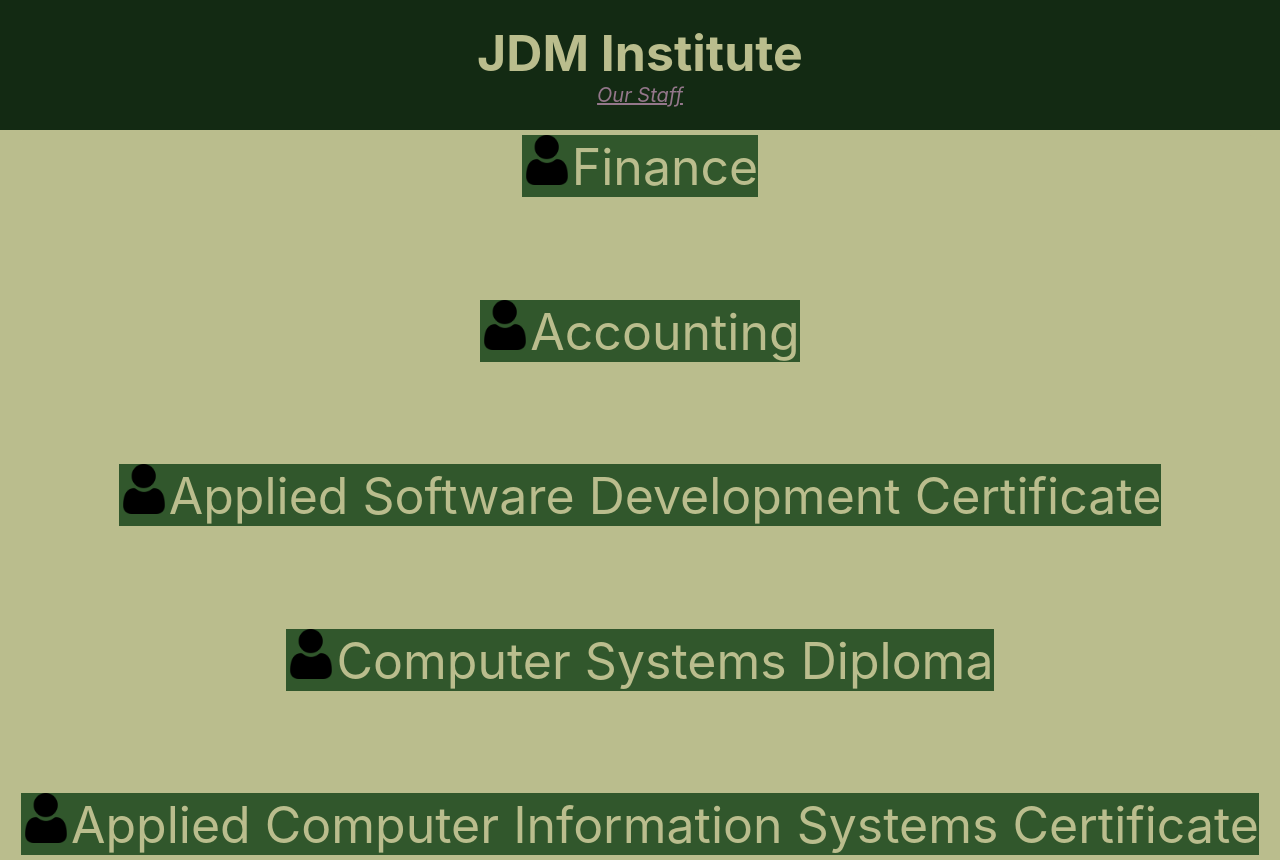
Repository: jennydmcm/class03practice
Page: /about
An editor plug-in stored every save of this project. The page is shown before and after the next save, followed by the edit.
The browser window is 1280 px wide. The pictures show the whole page.
The project was rebuilt for these pictures with package versions that can differ from the ones it lists, and the page was loaded fresh each time. The framework's server and built-in components were replaced by stand-ins that run in the browser. Also part of the build but not shown: next.config.js.

Above is the page before, as saved 2023-01-24 20:56:24.

### pages/about.js
import Head from 'next/head'
import Image from 'next/image'
import { Inter } from '@next/font/google'
import data from '../data/employee.json'
import Link from 'next/link'
import { useState } from 'react'
import Card from '@/components/Card/about'
import styles from '@/styles/About.module.css'

export default function About() {
    const [information, setInformation] = useState([...data])

    return (
        <>
            <Head>
                <title>About Us</title>
                <meta name="description" content="Generated by create next app"/>
                <meta name="viewport" content="width=device-width, initial-scale=1"/>
                <link rel="icon" href="/favicon.ico"/>
            </Head>
            <main className={styles.main}>
        <div className={styles.navbar}>
          <div className={styles.navtitle}>JDM Institute</div>
          <div className={styles.navbutton}>
            <Link className={styles.link} href="about">Our Staff</Link>
          </div>
        </div>

      <div className={styles.cards}>
        {
          information && information.map((info, index) => {
            if(info.department.toLowerCase() === "business"){
              return (
                <Card
                  key={index}
                  degree={info.degree}
                  gpa={info.gpa}
                  colourCard="#BABD8D"
                  colourInfo="#31572C"
                  font="50px"
                  fontColour="#132A13"
                />
              )
            }
          })
        }

        {
          information && information.map((info, index) => {
            if(info.department.toLowerCase() === "computing"){
              return (
                <Card
                  key={index}
                  degree={info.degree}
                  gpa={info.gpa}
                  colourCard="#BABD8D"
                  colourInfo="#31572C"
                  font="50px"
                  fontColour="#132A13"

                />
              )
            }
          })
        }
        </div>
      </main>
    </>
  )
      }

### data/employee.json
[
    {
        "studentNumber": "A0004567",
        "firstName": "Person 1",
        "gpa": 3.8,
        "department": "Business",
        "degree": "Finance",
        "graduated": 2014
    },
    {
        "studentNumber": "A0001234",
        "firstName": "Person 2",
        "gpa": 3.5,
        "department": "Business",
        "degree": "Accounting",
        "graduated": 2010
    },
    {
        "studentNumber": "A0007890",
        "firstName": "Person 3",
        "gpa": 3.2,
        "department": "Computing",
        "degree": "Applied Software Development Certificate",
        "graduated": 2018
    },
    {
        "studentNumber": "A0007828",
        "firstName": "Person 4",
        "gpa": 3.9,
        "department": "Computing",
        "degree": "Computer Systems Diploma",
        "graduted": 2021
    },
    {
        "studentNumber": "A0003425",
        "firstName": "Person 5",
        "gpa": 3.2,
        "department": "Computing",
        "degree": "Applied Computer Information Systems Certificate",
        "graduated": 2021
    }
]

### components/Card/about.js
export default function Card({
    degree="none",
    colour="#31572C",
    font="0",
    image="icon/personTwo.png"
}) {
    return(
        <div style={{backgroundColor: colour, fontSize:font}}>
            {
                colour === "red" ?    <img src={'icon/person.png'} width='50'/> :
                colour === "blue" ?   <img src={'icon/personThree.png'} width='50'/> :
                                    <img src={image} width='50'/>
            }
            {degree}
        </div>
    )
}

### styles/About.module.css
.main {
    display: flex;
    flex-direction: column;
    justify-content: space-between;
    align-items: center;
    background-color: #BABD8D;
  }



  .navbar{
    display: flex;
    flex-direction: column;
    width: 100%;
    height: 130px;
    background-color: #132A13;
    justify-content: center;
    align-items: center;

  }

  .navtitle{
    font-size: 50px;
    font-weight: bold;
    font-family: 'Inter';
    color: #BABD8D;
  }
  .link{
    font-size: 20px;
    font-family: 'Inter';
    color: #94778B;
    font-style: italic;
    text-decoration: underline;
  }
  .cards{
    display: flex;
    flex-direction: column;
    align-items: center;
    margin: 5px;
    gap: 20px;
    min-height: 100vh;
    background-color: #BABD8D;
    justify-content: space-between;
    font-family: 'Inter';
    border-radius: 10px;
    color: #BABD8D;
  }


  .description {
    display: inherit;
    justify-content: inherit;
    align-items: inherit;
    font-size: 1rem;
    max-width: var(--max-width);
    width: 100%;
    z-index: 2;
    font-family: var(--font-mono);
  }

  .description a {
    display: flex;
    justify-content: center;
    align-items: center;
    gap: 1rem;
  }

  .description p {
    position: relative;
    margin: 0;
    padding: 1rem;
    background-color: rgba(var(--callout-rgb), 0.5);
    border: 1px solid rgba(var(--callout-border-rgb), 0.3);
    border-radius: var(--border-radius);
  }

  .code {
    font-weight: 700;
    font-family: var(--font-mono);
  }

  .grid {
    display: grid;
    grid-template-columns: repeat(4, minmax(25%, auto));
    width: var(--max-width);
    max-width: 100%;
  }

  .card {
    padding: 1rem 1.2rem;
    border-radius: var(--border-radius);
    background: rgba(var(--card-rgb), 0);
    border: 1px solid rgba(var(--card-border-rgb), 0);
    transition: background 200ms, border 200ms;
  }

  .card span {
    display: inline-block;
    transition: transform 200ms;
  }

  .card h2 {
    font-weight: 600;
    margin-bottom: 0.7rem;
  }

  .card p {
    margin: 0;
    opacity: 0.6;
    font-size: 0.9rem;
    line-height: 1.5;
    max-width: 30ch;
  }

  .center {
    display: flex;
    justify-content: center;
    align-items: center;
    position: relative;
    padding: 4rem 0;
  }

  .center::before {
    background: var(--secondary-glow);
    border-radius: 50%;
    width: 480px;
    height: 360px;
    margin-left: -400px;
  }

  .center::after {
    background: var(--primary-glow);
    width: 240px;
    height: 180px;
    z-index: -1;
  }

  .center::before,
  .center::after {
    content: '';
    left: 50%;
    position: absolute;
    filter: blur(45px);
    transform: translateZ(0);
  }

  .logo,
  .thirteen {
    position: relative;
  }

  .thirteen {
    display: flex;
    justify-content: center;
    align-items: center;
    width: 75px;
    height: 75px;
    padding: 25px 10px;
    margin-left: 16px;
    transform: translateZ(0);
    border-radius: var(--border-radius);
    overflow: hidden;
    box-shadow: 0px 2px 8px -1px #0000001a;
  }

  .thirteen::before,
  .thirteen::after {
    content: '';
    position: absolute;
    z-index: -1;
  }

  /* Conic Gradient Animation */
  .thirteen::before {
    animation: 6s rotate linear infinite;
    width: 200%;
    height: 200%;
    background: var(--tile-border);
  }

  /* Inner Square */
  .thirteen::after {
    inset: 0;
    padding: 1px;
    border-radius: var(--border-radius);
    background: linear-gradient(
      to bottom right,
      rgba(var(--tile-start-rgb), 1),
      rgba(var(--tile-end-rgb), 1)
    );
    background-clip: content-box;
  }

  /* Enable hover only on non-touch devices */
  @media (hover: hover) and (pointer: fine) {
    .card:hover {
      background: rgba(var(--card-rgb), 0.1);
      border: 1px solid rgba(var(--card-border-rgb), 0.15);
    }

    .card:hover span {
      transform: translateX(4px);
    }
  }

  @media (prefers-reduced-motion) {
    .thirteen::before {
      animation: none;
    }

    .card:hover span {
      transform: none;
    }
  }

  /* Mobile */
  @media (max-width: 700px) {
    .content {
      padding: 4rem;
    }

    .grid {
      grid-template-columns: 1fr;
      margin-bottom: 120px;
      max-width: 320px;
      text-align: center;
    }

    .card {
      padding: 1rem 2.5rem;
    }

    .card h2 {
      margin-bottom: 0.5rem;
    }

    .center {
      padding: 8rem 0 6rem;
    }

    .center::before {
      transform: none;
      height: 300px;
    }

    .description {
      font-size: 0.8rem;
    }

    .description a {
      padding: 1rem;
    }

    .description p,
    .description div {
      display: flex;
      justify-content: center;
      position: fixed;
      width: 100%;
    }

    .description p {
      align-items: center;
      inset: 0 0 auto;
      padding: 2rem 1rem 1.4rem;
      border-radius: 0;
      border: none;
      border-bottom: 1px solid rgba(var(--callout-border-rgb), 0.25);
      background: linear-gradient(
        to bottom,
        rgba(var(--background-start-rgb), 1),
        rgba(var(--callout-rgb), 0.5)
      );
      background-clip: padding-box;
      backdrop-filter: blur(24px);
    }

    .description div {
      align-items: flex-end;
      pointer-events: none;
      inset: auto 0 0;
      padding: 2rem;
      height: 200px;
      background: linear-gradient(
        to bottom,
        transparent 0%,
        rgb(var(--background-end-rgb)) 40%
      );
      z-index: 1;
    }
  }

  /* Tablet and Smaller Desktop */
  @media (min-width: 701px) and (max-width: 1120px) {
    .grid {
      grid-template-columns: repeat(2, 50%);
    }
  }

  @media (prefers-color-scheme: dark) {
    .vercelLogo {
      filter: invert(1);
    }

    .logo,
    .thirteen img {
      filter: invert(1) drop-shadow(0 0 0.3rem #ffffff70);
    }
  }

  @keyframes rotate {
    from {
      transform: rotate(360deg);
    }
    to {
      transform: rotate(0deg);
    }
  }

Loaded but not shown: pages/_app.js (common file); pages/_document.js (common file); styles/globals.css (common file)

After the next save:
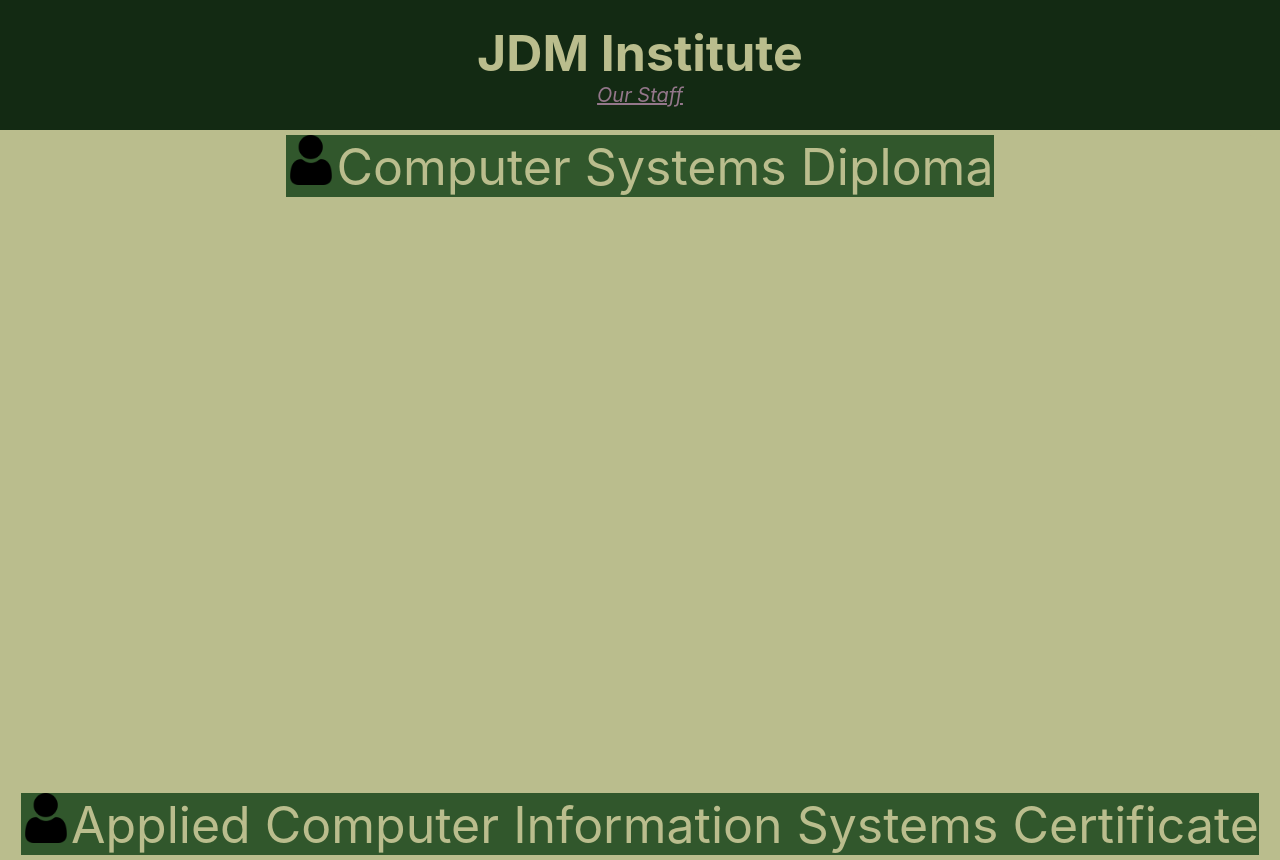
Saved 100 s later.
--- a/data/employee.json
+++ b/data/employee.json
@@ -1,25 +1,25 @@
 [
     {
         "studentNumber": "A0004567",
-        "firstName": "Person 1",
+        "firstName": "Kai Baker",
         "gpa": 3.8,
-        "department": "Business",
+        "department": "Science",
         "degree": "Finance",
         "graduated": 2014
     },
     {
         "studentNumber": "A0001234",
-        "firstName": "Person 2",
+        "firstName": "Jenny McMahon",
         "gpa": 3.5,
-        "department": "Business",
+        "department": "Science",
         "degree": "Accounting",
         "graduated": 2010
     },
     {
         "studentNumber": "A0007890",
-        "firstName": "Person 3",
+        "firstName": "Sophia Roddick",
         "gpa": 3.2,
-        "department": "Computing",
+        "department": "Science",
         "degree": "Applied Software Development Certificate",
         "graduated": 2018
     },
